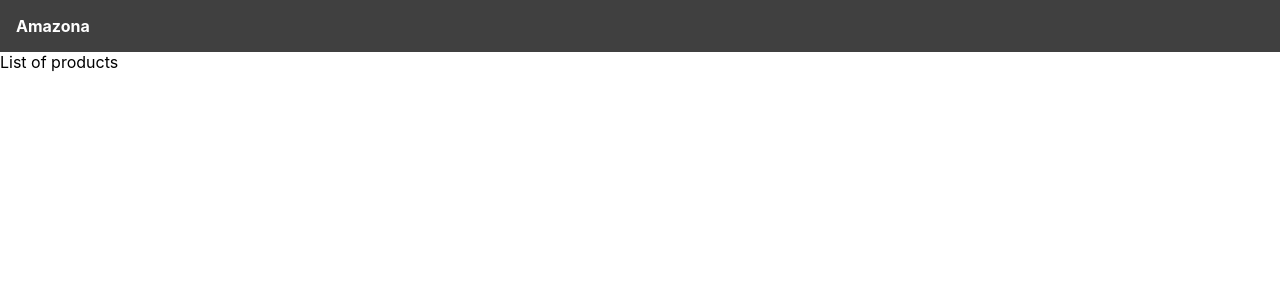
Repository: mahbub-hub/amazana-clone-yt
Page: / (app in frontend/)
An editor plug-in stored every save of this project. The page is shown before and after a run of saves, followed by the edit.
The browser window is 1280 px wide. The pictures show the whole page.
The project was rebuilt for these pictures with package versions that can differ from the ones it lists, and the page was loaded fresh each time. Also part of the build but not shown: frontend/vite.config.js, frontend/src/App.css.

Above is the page before, as saved 2022-03-05 10:10:16.

After the next 4 saves:
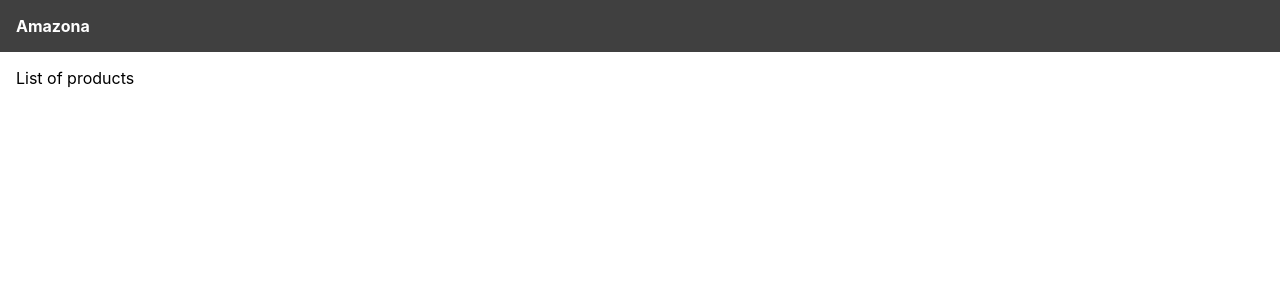
The 4 saves are shown as one change because they came seconds apart.
The last was saved 10 s later.
--- a/frontend/src/index.css
+++ b/frontend/src/index.css
@@ -18,6 +18,6 @@ header a {
   text-decoration: none;
 }
 
-main{
-  pa
+main {
+  padding: 1em;
 }
